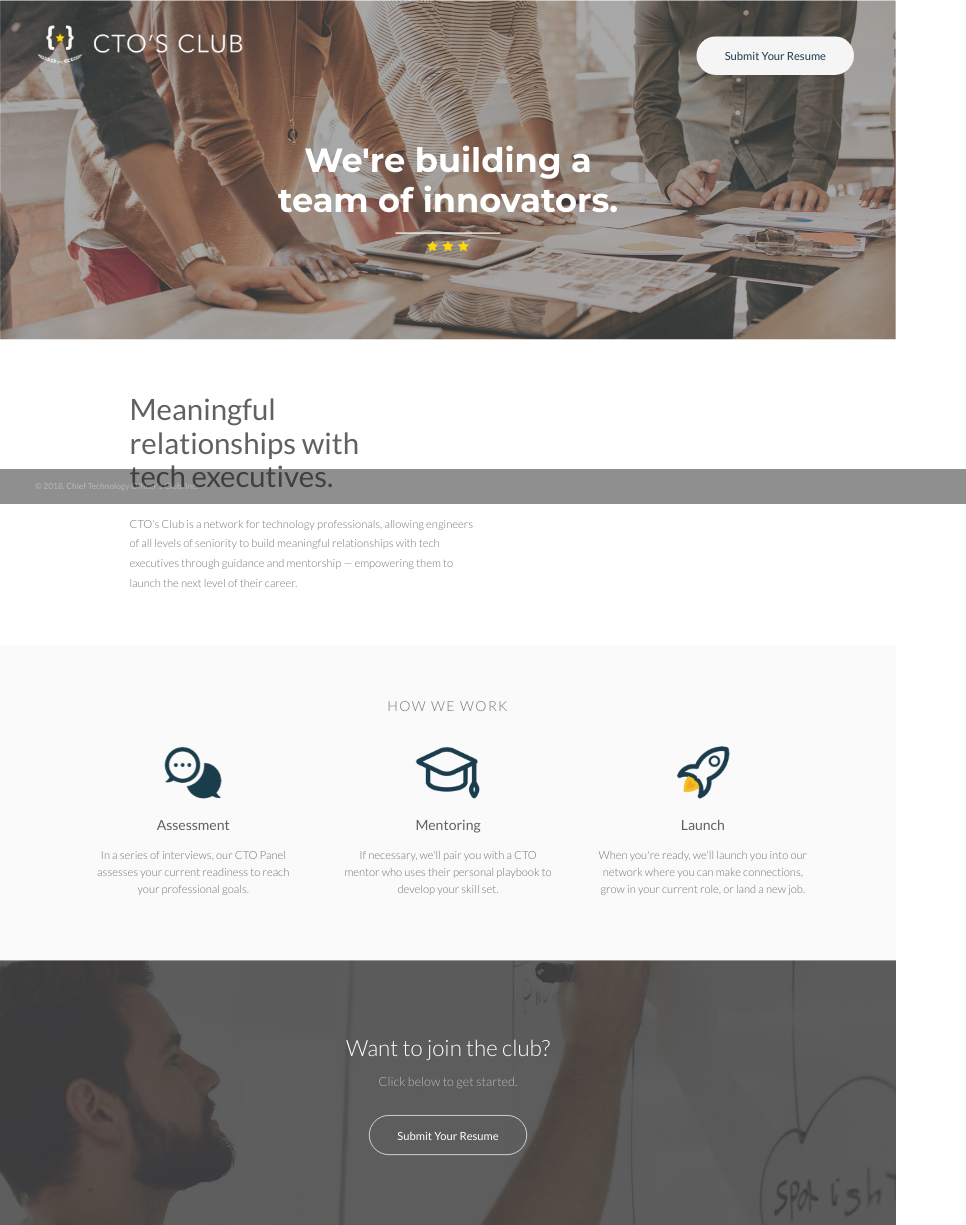
Repository: jadamduff/ctos_club_master
Page: index.html
The author's editor kept a record of every edit. The page is drawn from the files as they stood at one moment, then again after the next edit.
The browser window is 1280 px wide. The page is 1380 px wide, then 1280 px, so the pictures cover 1380 px, including what lies to the right of the window. The pictures show the whole page, at 70% of full size.
Some web fonts or font styles are not loaded; a fallback is used. Some web libraries are served in a nearby version.

Above is the page before.
Not found: js/join.js

After the next edit:
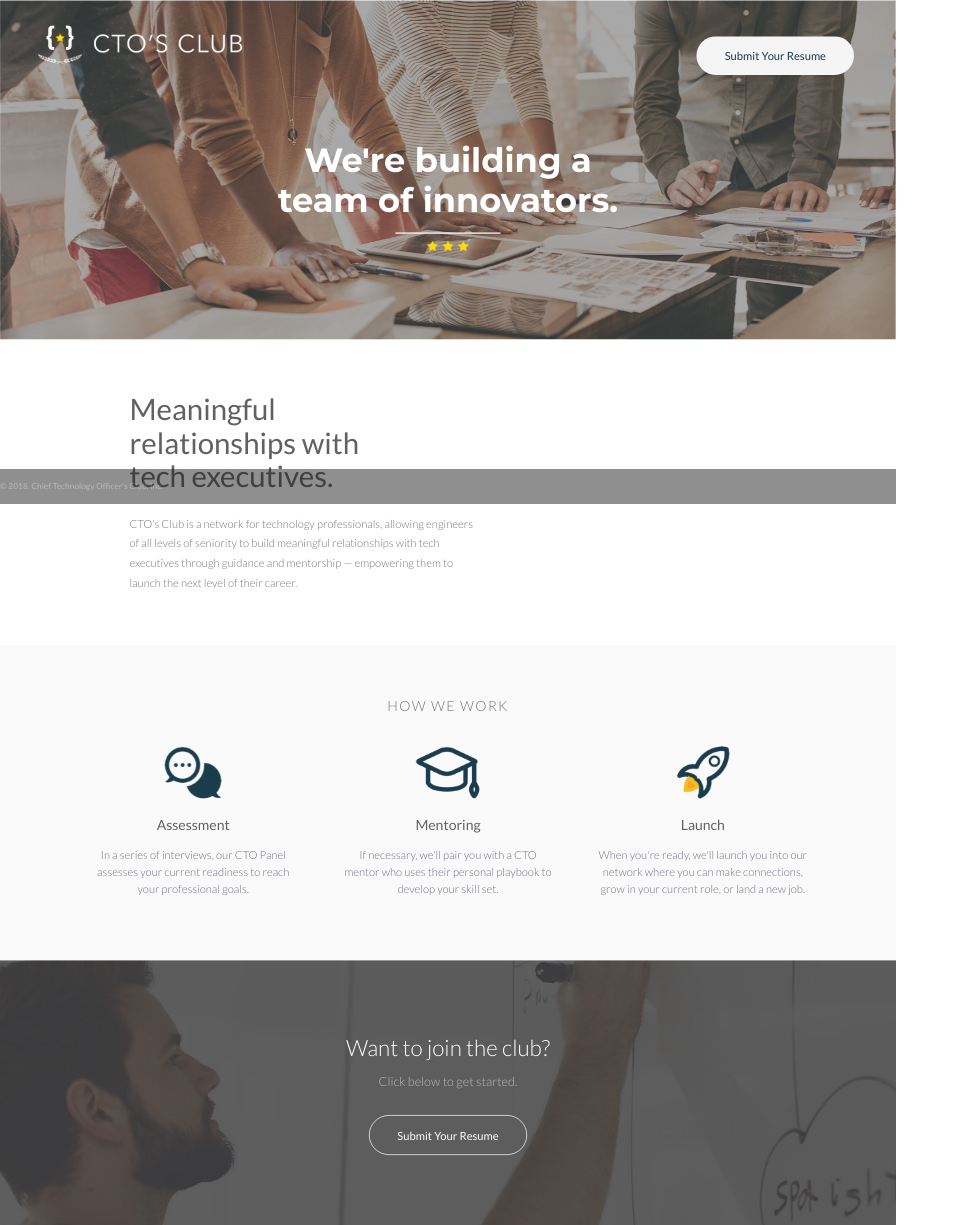
The edit:
--- a/css/divs.css
+++ b/css/divs.css
@@ -142,7 +142,6 @@
     font-family: Lato;
     font-weight: 400;
     font-size: 12px;
-    padding: 0 50px;
     line-height: 50px;
     vertical-align: middle;
     text-align: left;
